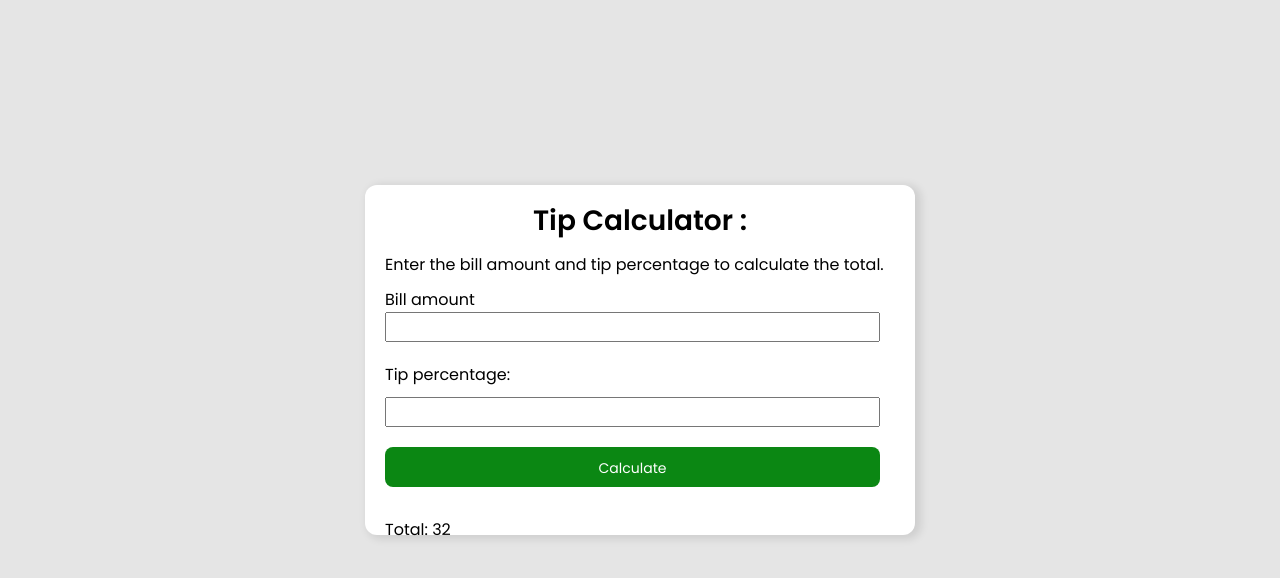
Repository: Ankitkr2021/Tip-Calculator
Page: index.html
The author's editor kept a copy of each file at every save. The page is drawn from the files as they stood at one save, then again after the next save.
The browser window is 1280 px wide. The pictures show the whole page.

Above is the page before, as saved 2025-10-27 10:59:31.

After the next save:
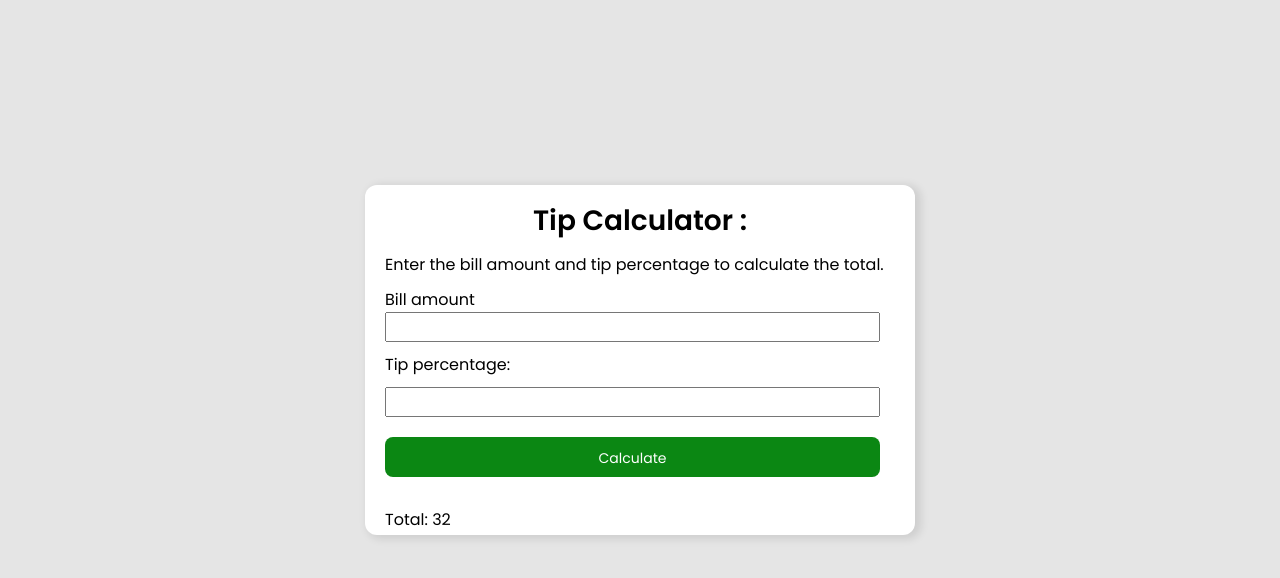
Saved 12 s later.
--- a/style.css
+++ b/style.css
@@ -56,5 +56,5 @@ button {
 }
 
 p:nth-last-child(4) {
-    margin: 10px;
+    padding: 10px;
 }
